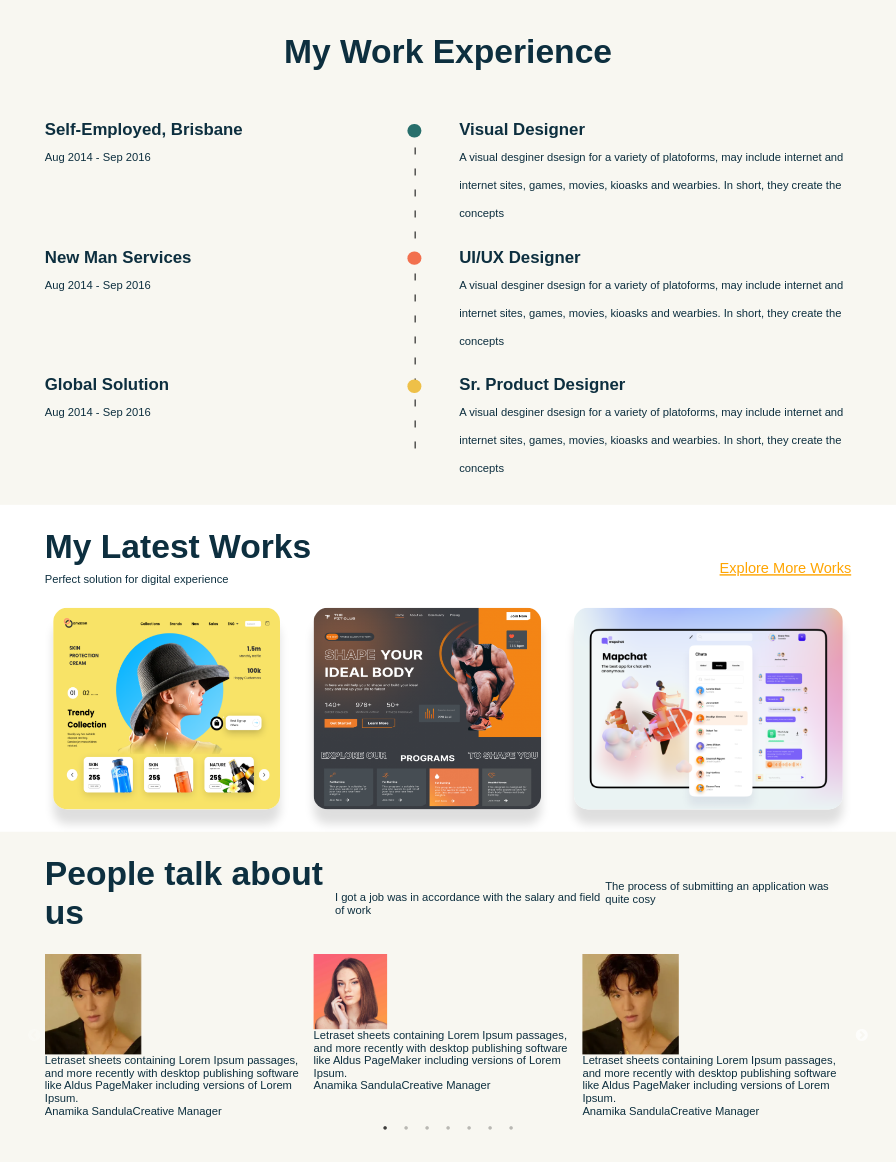
Repository: davedeguia/framer-motion-portfolio
Page: /
The author's editor kept a copy of each file at every save. The page is drawn from the files as they stood at one save, then again after the next save.
The browser window is 1280 px wide. The pictures show the part of the page from y = 1166 to 3086 px (the page is 2826 px tall before and 3086 px after), at 70% of full size.
Some web fonts or font styles are not loaded; a fallback is used. Some web libraries are served in a nearby version. The project was rebuilt for these pictures with package versions that can differ from the ones it lists, and the page was loaded fresh each time. Also part of the build but not shown: vite.config.js.

Above is the page before, as saved 2023-02-10 23:30:13.

After the next save:
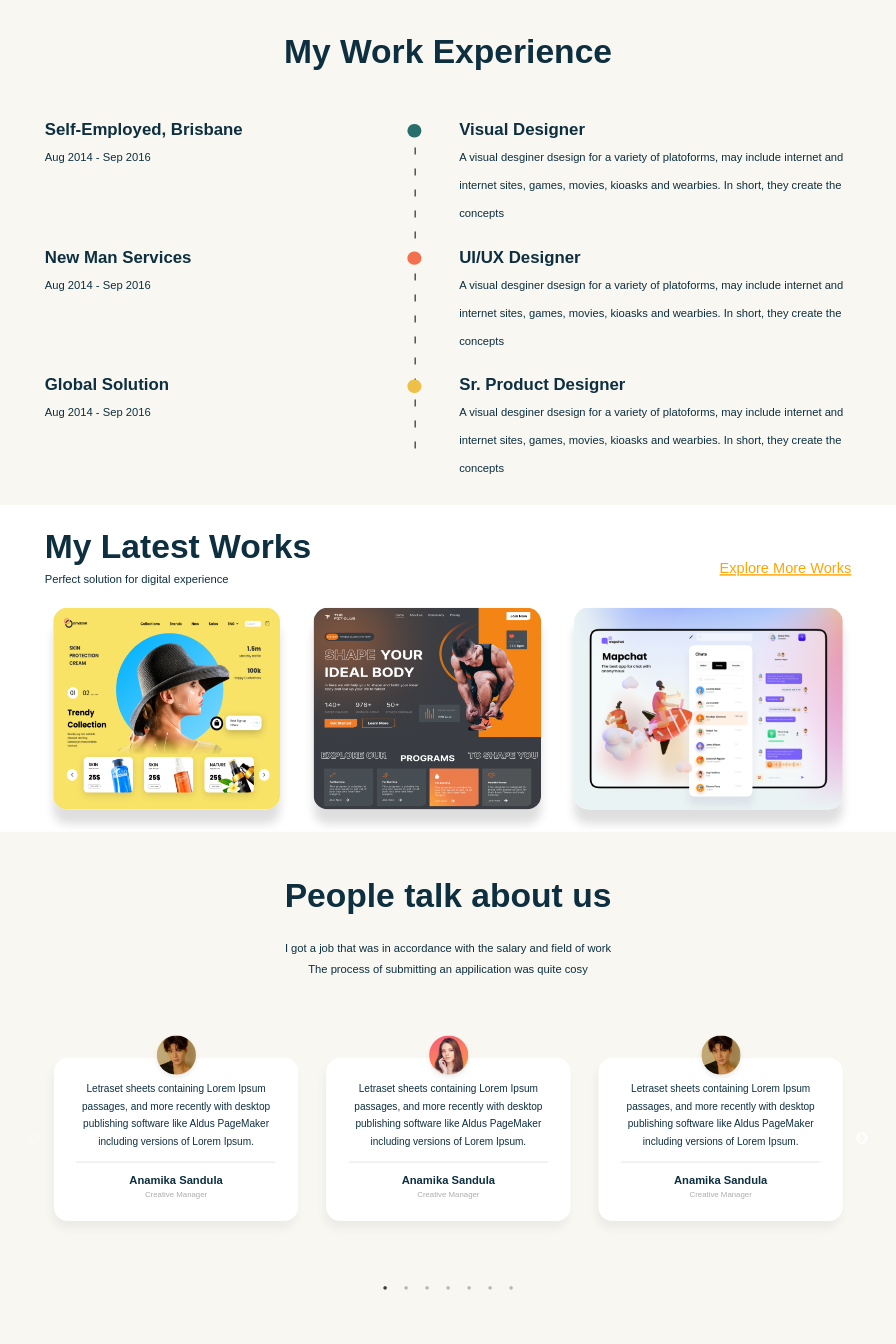
Saved 58 s later.
--- a/src/components/People/People.jsx
+++ b/src/components/People/People.jsx
@@ -1,10 +1,9 @@
 import React from 'react'
+import { comments, sliderSettings } from '../../utils/data'
 import css from './People.module.scss'
+import Slider from 'react-slick'
 import { motion } from 'framer-motion'
-import { staggerChildren } from '../../utils/motion'
-import Slider from 'react-slick'
-import { comments, sliderSettings } from '../../utils/data'
-
+import { footerVariants, staggerChildren } from '../../utils/motion'
 const People = () => {
   return (
     <motion.section
@@ -12,21 +11,25 @@ const People = () => {
       initial='hidden'
       whileInView='show'
       viewport={{ once: false, amount: 0.25 }}
+      section
       className={`paddings ${css.wrapper}`}
     >
-      <a className='anchor' id='peaople'></a>
-      <mdiv className={`yPaddings innerWidth ${css.wrapper}`}>
+      <a className='anchor' id='people'></a>
+
+      <motion.div
+        variants={footerVariants}
+        className={`yPaddings innerWidth ${css.container}`}
+      >
         <div className={`flexCenter ${css.heading}`}>
           <span className='primaryText'>People talk about us</span>
           <p style={{ marginTop: '2rem' }}>
-            I got a job was in accordance with the salary and field of work
+            I got a job that was in accordance with the salary and field of work
           </p>
-          <p>The process of submitting an application was quite cosy</p>
+          <p>The process of submitting an appilication was quite cosy</p>
         </div>
 
-        {/* carousel */}
-
         <div className={`yPaddings ${css.comments}`}>
+          {/* to use slider , we have to inlcude css in index.html head */}
           <Slider {...sliderSettings} className={css.slider}>
             {comments.map((comment, i) => {
               return (
@@ -43,7 +46,7 @@ const People = () => {
             })}
           </Slider>
         </div>
-      </mdiv>
+      </motion.div>
     </motion.section>
   )
 }
